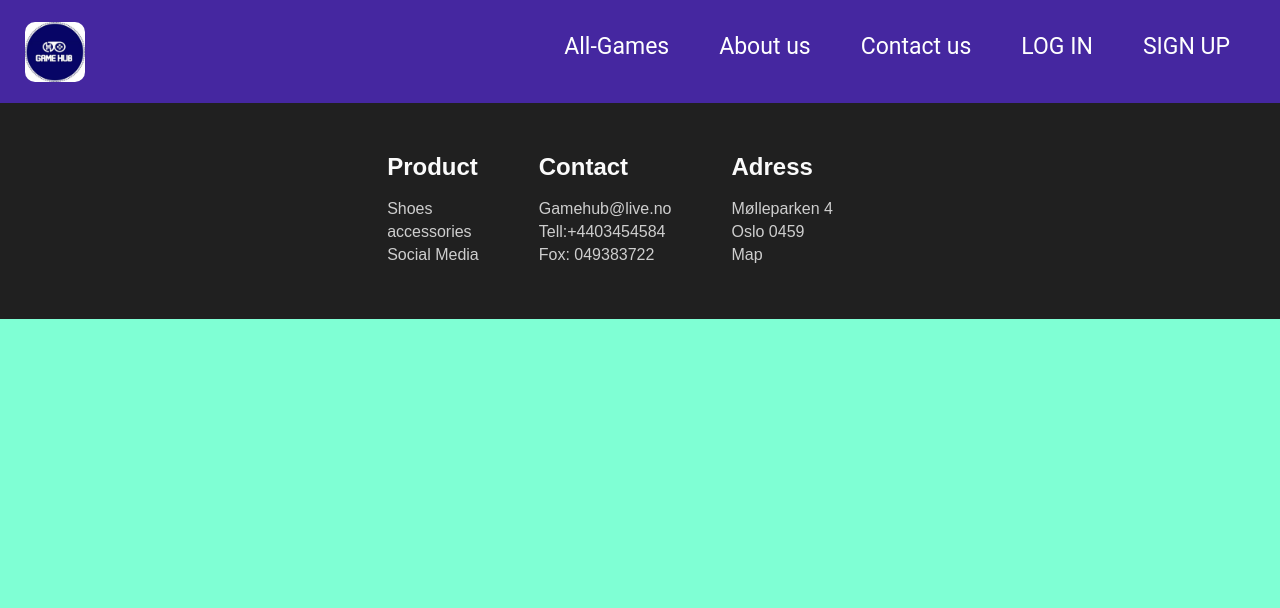
Repository: Fariaddd/HTML-CSS-reset
Page: buy.html
An editor plug-in stored every save of this project. The page is shown before and after the next save, followed by the edit.
The browser window is 1280 px wide. The pictures show the whole page.
Some web fonts or font styles are not loaded; a fallback is used.

Above is the page before, as saved 2022-04-01 19:11:29.

After the next save:
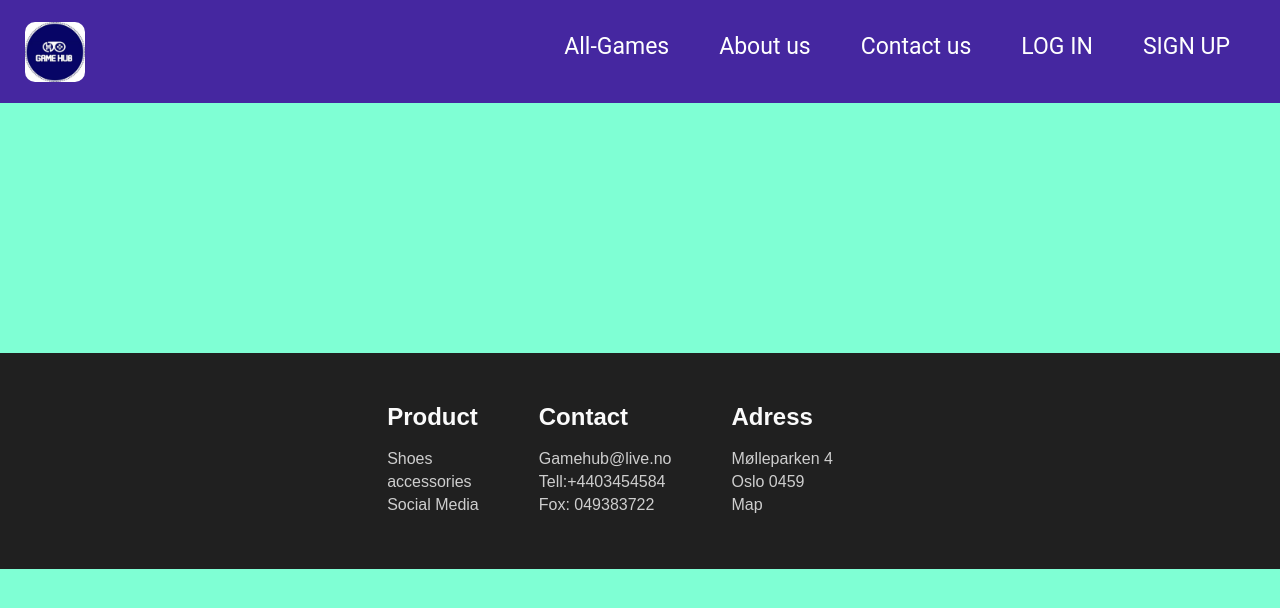
Saved 85 s later.
--- a/buy.html
+++ b/buy.html
@@ -18,7 +18,6 @@
             <input type="chechbox"
             class="toggle-menu">
             <div class="hamburger"></div>
-
           <ul class="menu">
             <li><a href="./all-games.html">All-Games</a></li>
             <li><a href="./about.html">About us</a></li>
@@ -33,7 +32,13 @@
               </li>
         </div>
       </header>
-
+      <main>
+          <section>
+              <div class="img">
+                  <img src="" alt="">
+              </div>
+          </section>
+      </main>
       <footer>
         <div class="footer-container">
           <nav class="footer-navv">
